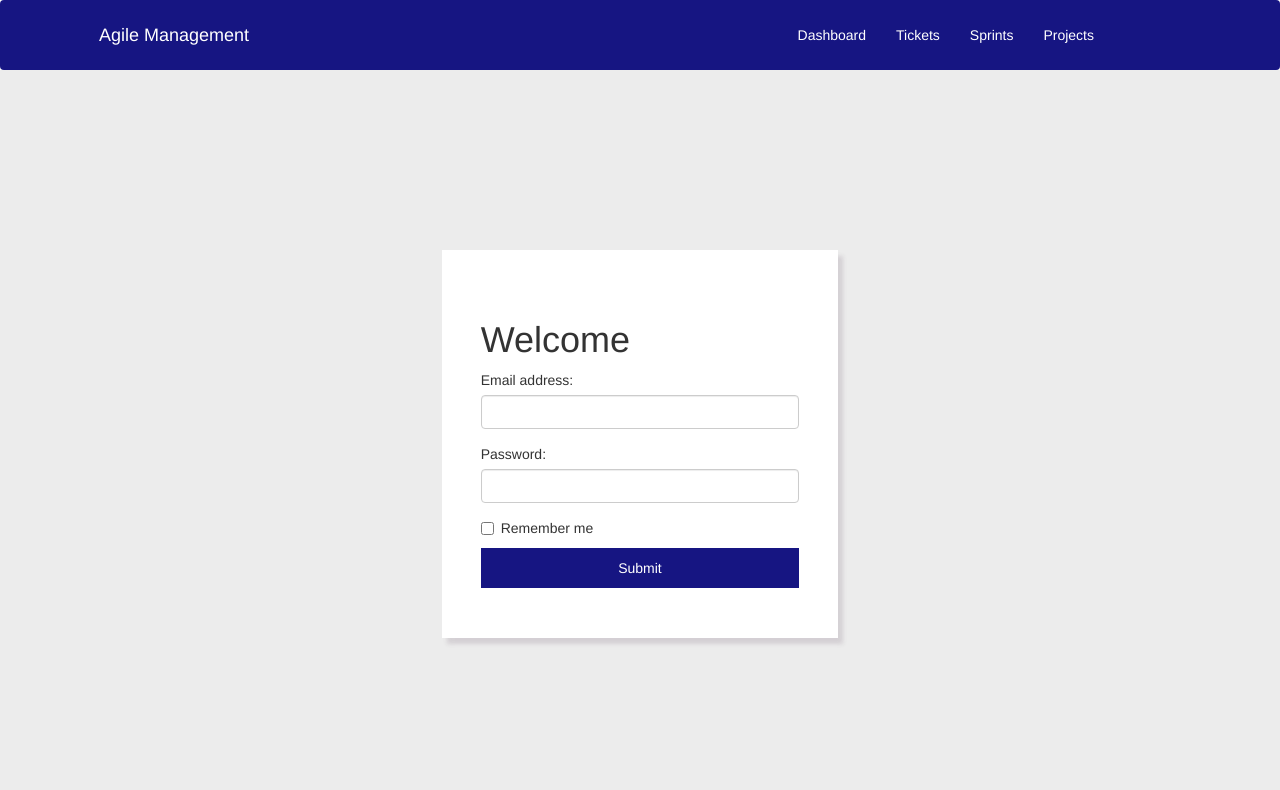
Repository: princexavier/agil
Page: http://localhost/Agile/login.jsp
The author's editor kept a copy of each file at every save. The page is drawn from the files as they stood at one save, then again after a run of saves.
The browser window is 1280 px wide. The pictures show the whole page.
Some web libraries are served in a nearby version. The page is served by Tomcat 9. Other server files are loaded and not shown.

Above is the page before, as saved 2018-01-19 05:08:09.

### workspace/Agile/WebContent/login.jsp
<%@ page language="java" contentType="text/html; charset=ISO-8859-1"
	pageEncoding="ISO-8859-1"%>

<!DOCTYPE html>
<html lang="en">

<head>
<meta charset="UTF-8">
<title>Login</title>
<link rel="stylesheet"
	href="https://maxcdn.bootstrapcdn.com/bootstrap/3.3.7/css/bootstrap.min.css">
<link rel="stylesheet" href="css/style.css">
<!-- jQuery library -->
<script
	src="https://ajax.googleapis.com/ajax/libs/jquery/3.2.1/jquery.min.js"></script>
<!-- Latest compiled JavaScript -->
<script
	src="https://maxcdn.bootstrapcdn.com/bootstrap/3.3.7/js/bootstrap.min.js"></script>
</head>

<body>

	<header>
		<nav class="navbar navbar-default">
			<div class="container-fluid">
				<div class="navbar-header">
					<a class="navbar-brand" href="#">Agile Management</a>
				</div>
				<ul class="nav navbar-nav">
					<li class="active"><a href="#">Dashboard</a></li>
					<li><a href="ticket.html">Tickets</a></li>
					<li><a href="ticket.html">Sprints</a></li>
					<li><a href="#">Projects</a></li>
				</ul>
			</div>
		</nav>
	</header>
	<div class="container"
		style="height: 100vh; width: 100vw; background: #ececec;">
		<div class="row">
			<div class="col-md-4"></div>
			<div class="col-md-4">
				<form action="project.html"
					style="padding: 50px 39px; box-shadow: 5px 6px 4px #d4cfd4f7; background: #fff; margin-top: 180px;">
					<h1>Welcome</h1>
					<div class="form-group">
						<label for="email">Email address:</label> <input type="email"
							class="form-control" id="email">
					</div>
					<div class="form-group">
						<label for="pwd">Password:</label> <input type="password"
							class="form-control" id="pwd">
					</div>
					<div class="checkbox">
						<label> <input type="checkbox"> Remember me
						</label>
					</div>
					<input type="submit"
						style="padding: 10px 0px; border: none; width: 100%; background: #161582; color: #fff;">
				</form>
			</div>
			<div class="col-md-4"></div>
		</div>
	</div>
</body>

</html>

### workspace/Agile/WebContent/css/style.css
* {
	margin: 0px;
	padding: 0px;
	text-decoration: none;
	list-style-type: none;
}

a:hover {
	text-decoration: none;
}

.reg-form {
	margin-top: 40%;
}

.sign-up {
	outline:none;
	border: none;
	display: block;
	width: 100%;
	padding: 13px;
	border-radius: 40px;
	background: #161582;
	color: #fff;
}
.reg-form h2{
	margin-top: 20%;
    margin-bottom: 5%;
    text-align: center;
}
.reg-form span{
	display:block;
	padding-top:22px;
	padding-bottom:22px;
	text-align:center;
}
.reg-form input {
	cursor: pointer;
	padding-bottom: 10px;
	margin-bottom: 20px;
	outline: none;
	display: block;
	width: 100%;
	border: none;
	border-bottom: 1px solid #c7bdbd;
	transition: 0.8s ease;
}

.reg-form input:focus {
	border-bottom: 1px solid #161582;
}

.divider-1 {
	display: inline-block;
	width: calc(100%/ 1);
	float: left;
}

.divider-2 {
	display: inline-block;
	width: calc(100%/ 2);
	float: left;
}

.color {
	color: #161582;
	padding-right: 5px;
	cursor: pointer;
	transition: 0.2s ease-in-out;
}

.color:hover {
	color: #16158261;
}

.clearfix:after {
	content: "";
	display: block;
	clear: both;
}

.navbar-nav {
	float: right;
	margin-right: 100px;
}

.navbar-default {
	border: none;
	padding: 10px 56px 10px 84px;
	background: #161582;
	margin-bottom: 0px;
}

.navbar-brand,.navbar-nav>li>a {
	color: #fff !important;
}

nav .active a {
	background-color: transparent !important;
}

.dashboard {
	padding: 20px 0px;
	background: #ececec;
}

.dash-title {
	padding-left: 111px;
}

.auth {
	background: #ececec;
	padding: 20px;
}

.left-content>span {
	display: block;
}

.lab-title {
	padding: 20px 0px;
}

.bg {
	margin-top: 20px;
	padding: 10px 0px;
	background: #a6e4a6;
}

.bg a>button {
	float: right;
	margin-right: 20px;
	border: none;
}

footer {
	position: fixed;
	bottom: 0px;
	width: 100%;
	padding: 20px 0px;
	background: #ececec;
}

.right-bor {
	border-right: 1px solid #ececec;
}

.foot-content:first-child {
	margin-left: 64px;
	margin-top: 10px;
}

.foot-content li {
	border-right: 1px solid #a79a9ab8;
	padding-right: 20px;
	display: inline-block;
	margin-right: 10px;
}

.bar {
	width: 90%;
	background: #ececec;
	border-left: 10px solid blue;
}

.bar>span {
	float: right;
}

/*Ticket page style */
.btn-style {
	border: none;
	color: #fff;
	outline: none;
	background: #161582;
	transition: 0.5s ease-in-out;
}

.first-btn {
	margin-left: 150px
}

.btn-style:hover {
	background: #161582a8;
}

.icon-style {
	padding-right: 10px;
}

.events {

}

.list-style {
	padding: 10px 0px;
}

/*New ticket page style*/
.cs-btn {
	padding: 11px 10px;
	margin-left: 150px;
	color: #ffff;
	background: #161582;
	transition: 0.5s ease-in-out;
}

.cs-btn:hover {
	background: #1615825c;
	color: #fff;
}

textarea {
	resize: none;
}

.nav-tabs {
	margin-bottom: 50px;
}

label {
	font-weight: 300;
}

.btn-primary {
	background-color: #161582;
}

#menu4>p {
	padding: 20px 10px;
	background: #ececec;
	margin-bottom: 40px;
}

input[type="date"] {
	border-radius: 4px;
}

After the next 2 saves:
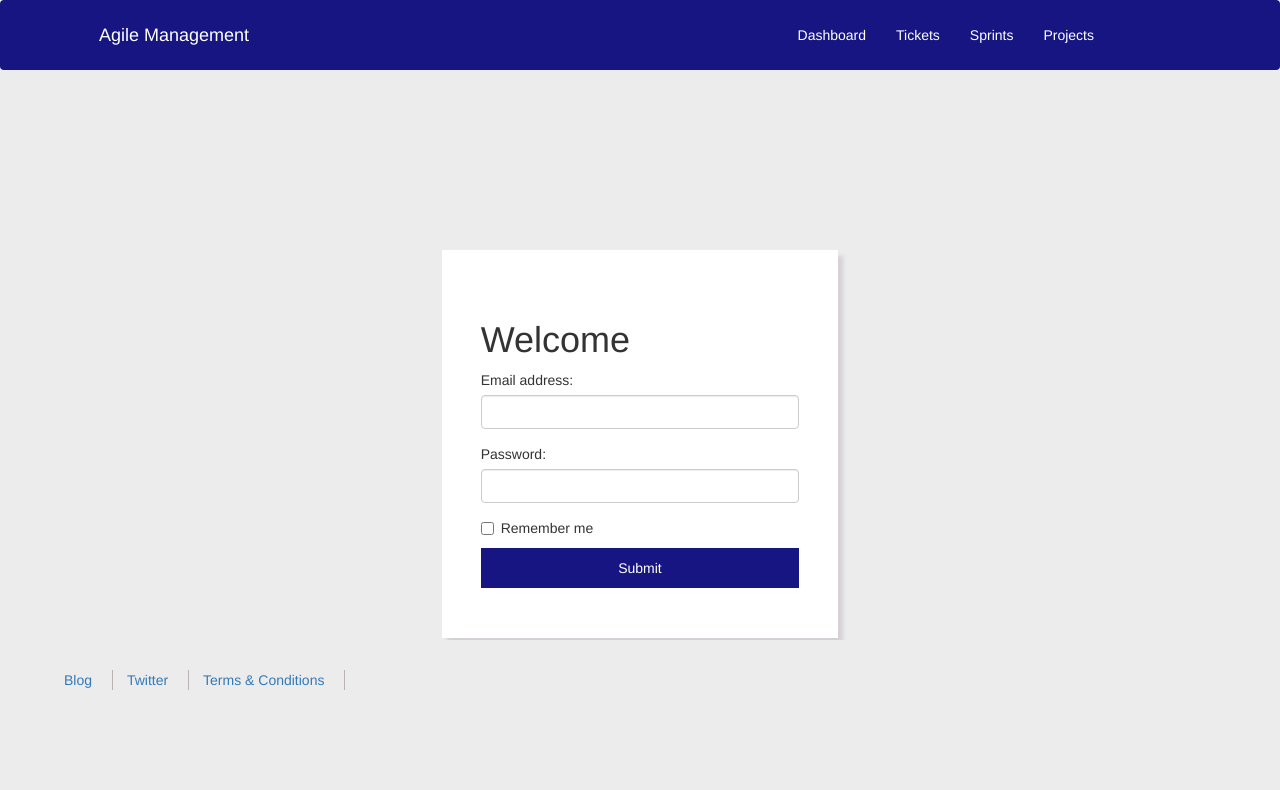
The 2 saves are shown as one change because they came seconds apart.
The last was saved 18 s later.
--- a/workspace/Agile/WebContent/login.jsp
+++ b/workspace/Agile/WebContent/login.jsp
@@ -62,6 +62,13 @@
 			<div class="col-md-4"></div>
 		</div>
 	</div>
+	<footer>
+		<ul class="foot-content">
+			<li><a href="#">Blog</a></li>
+			<li><a href="#">Twitter</a></li>
+			<li><a href="#">Terms & Conditions</a></li>
+		</ul>
+	</footer>
 </body>
 
 </html>
